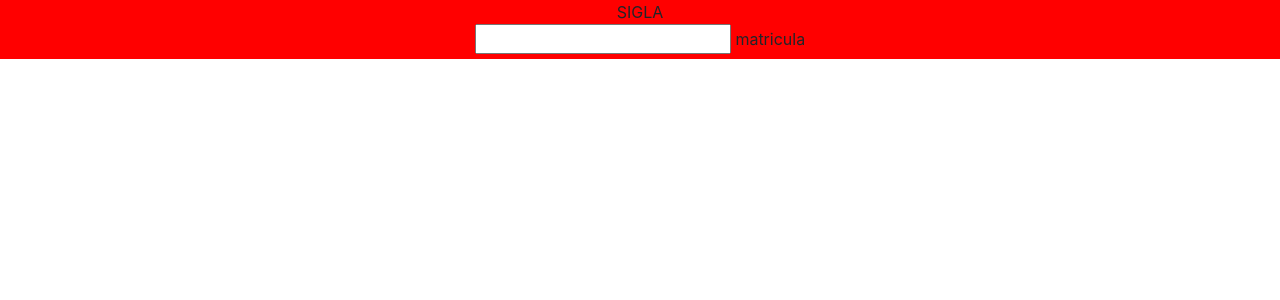
Repository: Melancia06/agenda
Page: index.html
An editor plug-in stored every save of this project. The page is shown before and after a run of saves, followed by the edit.
The browser window is 1280 px wide. The pictures show the whole page.

Above is the page before, as saved 2024-08-08 09:14:05.

### index.html
<!DOCTYPE html>
<html lang="en">
<head>
    <meta charset="UTF-8">
    <meta name="viewport" content="width=device-width, initial-scale=1.0">
    <link rel="stylesheet" href="css/bootstrap.css">
    <link rel="stylesheet" href="css/fontawasome.css">
    <link rel="stylesheet" href="css/css.css">
    <title>começando a fazer esboço do sigla</title>
</head>
<body>
    <div class="marca" > SIGLA
        <br>
        <input type="text" name="matricula" id="matricula" class="input" required>
        <label for="matricula">matricula</label>
    </div>
</body>
</html>

### css/css.css
.marca{
    text-align: center;
   background-color:rgb(255, 0, 0)

}

Loaded but not shown: css/bootstrap.css (library); css/fontawasome.css (4616 lines, source omitted)

After the next 3 saves:
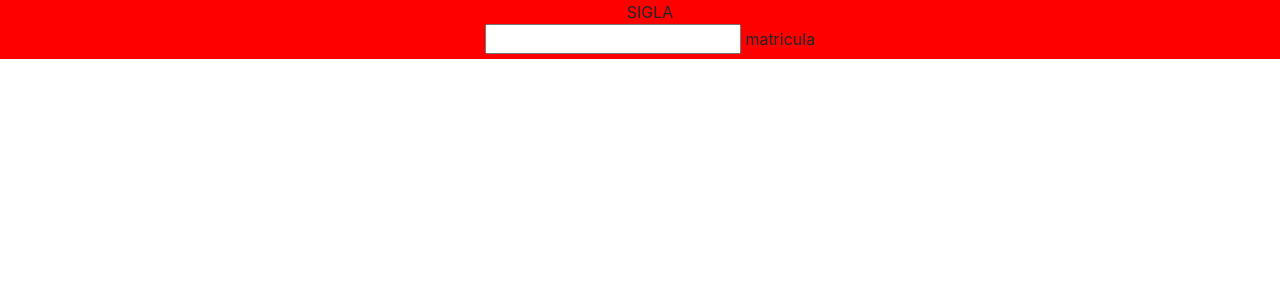
The 3 saves are shown as one change because they came seconds apart.
The last was saved 2 min 43 s later.
--- a/css/css.css
+++ b/css/css.css
@@ -1,5 +1,6 @@
 .marca{
     text-align: center;
-   background-color:rgb(255, 0, 0)
+   background-color:rgb(255, 0, 0);
+   padding-left: 20px;
 
 }
